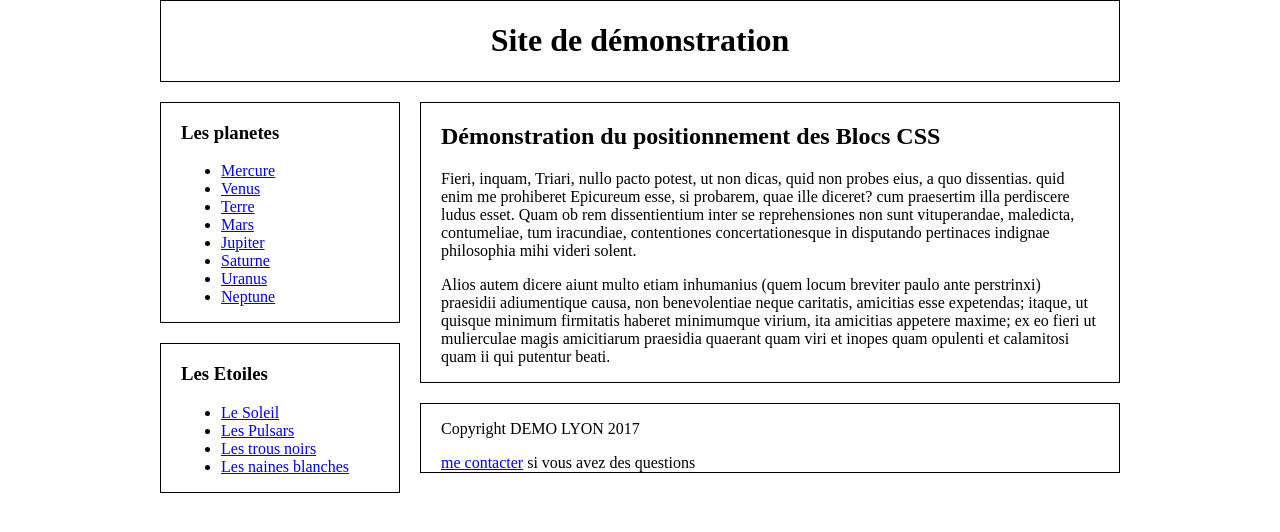
Repository: serviceshuios/-git-reference-java-lyon-worspace
Page: workspaceWeb/ModelePage1/WebContent/index.html
The author's editor kept a copy of each file at every save. The page is drawn from the files as they stood at one save, then again after the next save.
The browser window is 1280 px wide. The pictures show the whole page.

Above is the page before, as saved 2017-04-04 12:01:53.

### workspaceWeb/ModelePage1/WebContent/index.html
<!DOCTYPE html>
<html>
<head>
<meta charset="UTF-8">
<title>modèle 1</title>
<link rel="stylesheet" href="css/style.css" />
</head>
<body>
	<div id="entete">
		<h1>Site de démonstration</h1>
	</div>
	<div id="nav">
		<div class="block">
			<h3>Les planetes</h3>
			<ul>
				<li><a href="#">Mercure</a></li>
				<li><a href="#">Venus</a></li>
				<li><a href="#">Terre</a></li>
				<li><a href="#">Mars</a></li>
				<li><a href="#">Jupiter</a></li>
				<li><a href="#">Saturne</a></li>
				<li><a href="#">Uranus</a></li>
				<li><a href="#">Neptune</a></li>
			</ul>
		</div>
		<div class="block">
			<h3>Les Etoiles</h3>
			<ul>
				<li><a href="#">Le Soleil</a></li>
				<li><a href="#">Les Pulsars</a></li>
				<li><a href="#">Les trous noirs</a></li>
				<li><a href="#">Les naines blanches</a></li>
			</ul>
		</div>

	</div>
	<div id="content">
	<div class="block">
		<h2>Démonstration du positionnement des Blocs CSS</h2>
		<p>Fieri, inquam, Triari, nullo pacto potest, ut non dicas, quid non probes eius, a quo dissentias. quid enim me prohiberet Epicureum esse, si probarem, quae ille diceret? cum praesertim illa perdiscere ludus esset. Quam ob rem dissentientium inter se reprehensiones non sunt vituperandae, maledicta, contumeliae, tum iracundiae, contentiones concertationesque in disputando pertinaces indignae philosophia mihi videri solent.</p>
		<p>Alios autem dicere aiunt multo etiam inhumanius (quem locum breviter paulo ante perstrinxi) praesidii adiumentique causa, non benevolentiae neque caritatis, amicitias esse expetendas; itaque, ut quisque minimum firmitatis haberet minimumque virium, ita amicitias appetere maxime; ex eo fieri ut mulierculae magis amicitiarum praesidia quaerant quam viri et inopes quam opulenti et calamitosi quam ii qui putentur beati.</p>
	</div>
	<div class="block footer">
		<p>Copyright DEMO LYON 2017</p>
		<a href="mailto:contact@example.com">me contacter</a> si vous avez des questions
	</div>
	</div>
</body>
</html>

### workspaceWeb/ModelePage1/WebContent/css/style.css
@CHARSET "UTF-8";
body {
	width: 960px;
	margin : 0 auto;
}
#entete{
	border:1px solid black;
	margin-bottom:20px;
	padding: 0 20 px;
	text-align:center;
}
#nav{
	width:240px;
	float:left;
}
#content {
	width:700px;
	float:right;
}
.block {
	border:1px solid black;
	margin-bottom:20px;
	padding: 0 20px;
}

After the next save:
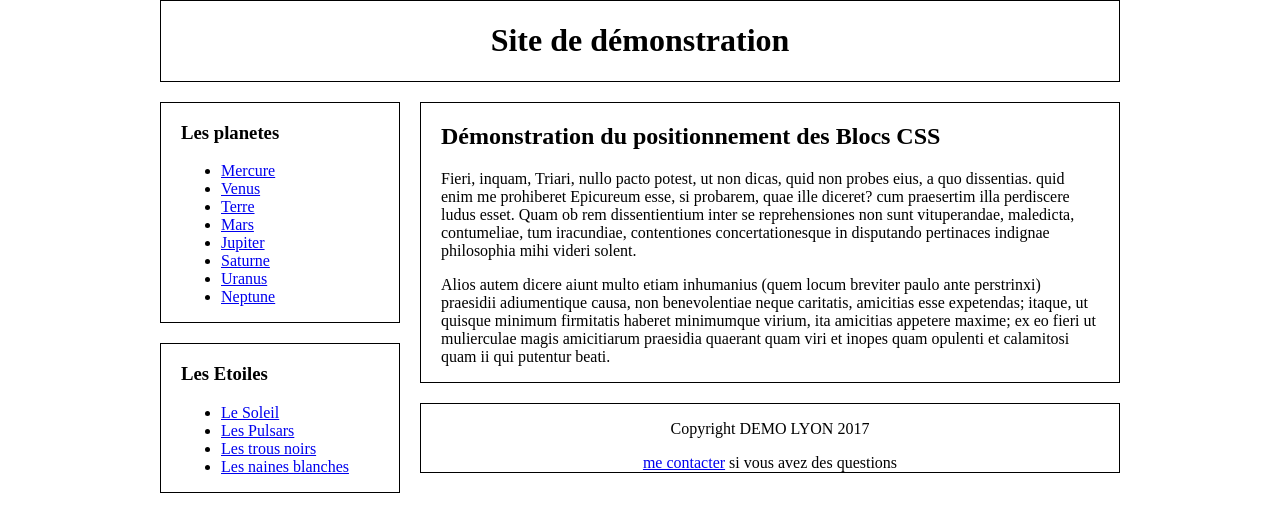
Saved 5 min 59 s later.
--- a/workspaceWeb/ModelePage1/WebContent/css/style.css
+++ b/workspaceWeb/ModelePage1/WebContent/css/style.css
@@ -22,3 +22,6 @@ body {
 	margin-bottom:20px;
 	padding: 0 20px;
 }
+.footer{
+	text-align: center;
+}
